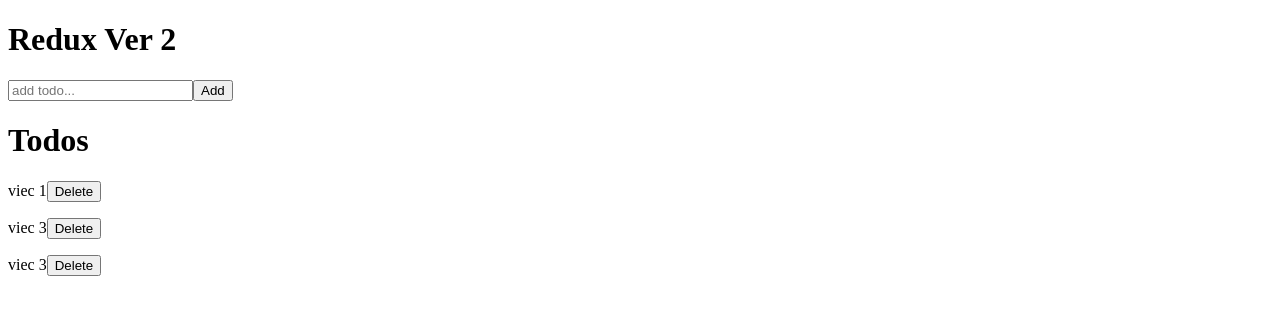
Repository: huynhnt1406/react-redux-tutorial
Page: / (app in redux-v2/)
An editor plug-in stored every save of this project. The page is shown before and after the next save, followed by the edit.
The browser window is 1280 px wide. The pictures show the whole page.
The project was rebuilt for these pictures with package versions that can differ from the ones it lists, and the page was loaded fresh each time.

Above is the page before, as saved 2021-06-19 02:36:52.

### redux-v2/src/index.js
import React from 'react';
import ReactDOM from 'react-dom';
import App from './App';
import * as serviceWorker from './serviceWorker';

ReactDOM.render(
  <React.StrictMode>
      <App />
  </React.StrictMode>,
  document.getElementById('root')
);

// If you want your app to work offline and load faster, you can change
// unregister() to register() below. Note this comes with some pitfalls.
// Learn more about service workers: https://bit.ly/CRA-PWA
serviceWorker.unregister();

### redux-v2/src/App.js
import React from 'react';
import TodoForm from './component/TodoForm';
import Todos from './component/Todos';
import {Provider} from 'react-redux'
import store from './store';
function App() {
  return (
    <Provider store={store}>
      <div className="App">
        <h1>Redux Ver 2</h1>
        <TodoForm/>
        <Todos/>
      </div>
    </Provider>
  );
}

export default App;

### redux-v2/src/component/TodoForm.jsx
import React from 'react'
import { useState } from 'react'
import { useDispatch } from 'react-redux'
import {v4 as uuidv4} from 'uuid'
import { addTodo } from '../store/reducer/todoReducer'
function TodoForm() {

    const [title, setTitle] = useState('')
    const dispatch = useDispatch()

    const handleChange = (e) => {
        setTitle(e.target.value)
    }
    const handleSubmit = (e) => {
        e.preventDefault()
        if(title !==''){
            const newTodo = {
                id:uuidv4(),
                title,
                completed:false
            }
            dispatch(addTodo(newTodo))
            setTitle('')
        }
    }
    return (
        <form onSubmit={handleSubmit}>
            <input type="text" value={title} placeholder="add todo..." onChange={handleChange}/>
            <button type="submit">Add</button>
        </form>
    )
}

export default TodoForm

### redux-v2/src/component/Todos.jsx
import React from 'react'
import TodoItem from './TodoItem'

function Todos() {
    return (
        <div>
            <h1>Todos</h1>
            <TodoItem/>
        </div>
    )
}

export default Todos

### redux-v2/src/store/index.js

import {configureStore} from '@reduxjs/toolkit'
import todosReducer from './reducer/todoReducer'


const store = configureStore({
    reducer:{
        todosReducer : todosReducer
    }
})

export default store

### redux-v2/src/store/reducer/todoReducer.js
import {createSlice} from '@reduxjs/toolkit'


const todosSlice = createSlice({
    name:'todos',
    initialState:{
        todos:[
            {
                id:1,
                title:'viec 1',
                completed:false
            },
            {
                id:2,
                title:'viec 3',
                completed:false
            },
            {
                id:3,
                title:'viec 3',
                completed:false
            },
        ]
    },
    reducers:{
        addTodo: (state, action) => {
            state.todos.unshift(action.payload)
        },
        archiveTodo: (state,action) => {
            state.todos.filter(todo => todo.id !== action.payload)
        }
    }
})

const todosReducer = todosSlice.reducer

export const todosSelector = state => state.todosReducer.todos

export const {addTodo} = todosSlice.actions
export const {archiveTodo} = todosSlice.actions

export default todosReducer

### redux-v2/src/component/TodoItem.jsx
import React from 'react'
import { useDispatch, useSelector } from 'react-redux'
import { archiveTodo, todosSelector } from '../store/reducer/todoReducer'


function TodoItem() {
    const todos = useSelector(todosSelector)
    const dispatch = useDispatch()
    return (
        <div>
            {
                todos.map(todo => (
                    <p key={todo.id}>{todo.title}<button onClick={() => { dispatch(archiveTodo(todo.id))}
                    }>Delete</button></p>
                ))
            }
        </div>
    )
}

export default TodoItem

Loaded but not shown: redux-v2/public/index.html (common file); redux-v2/src/serviceWorker.js (common file)

After the next save:
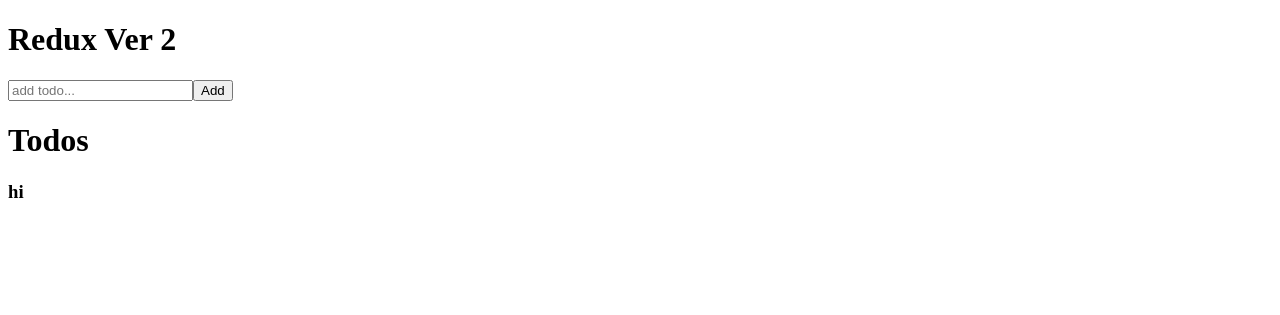
Saved 5 min 56 s later.
--- a/redux-v2/src/component/TodoItem.jsx
+++ b/redux-v2/src/component/TodoItem.jsx
@@ -1,19 +1,11 @@
 import React from 'react'
-import { useDispatch, useSelector } from 'react-redux'
-import { archiveTodo, todosSelector } from '../store/reducer/todoReducer'
+
 
 
 function TodoItem() {
-    const todos = useSelector(todosSelector)
-    const dispatch = useDispatch()
     return (
         <div>
-            {
-                todos.map(todo => (
-                    <p key={todo.id}>{todo.title}<button onClick={() => { dispatch(archiveTodo(todo.id))}
-                    }>Delete</button></p>
-                ))
-            }
+            <h3>hi</h3>
         </div>
     )
 }
